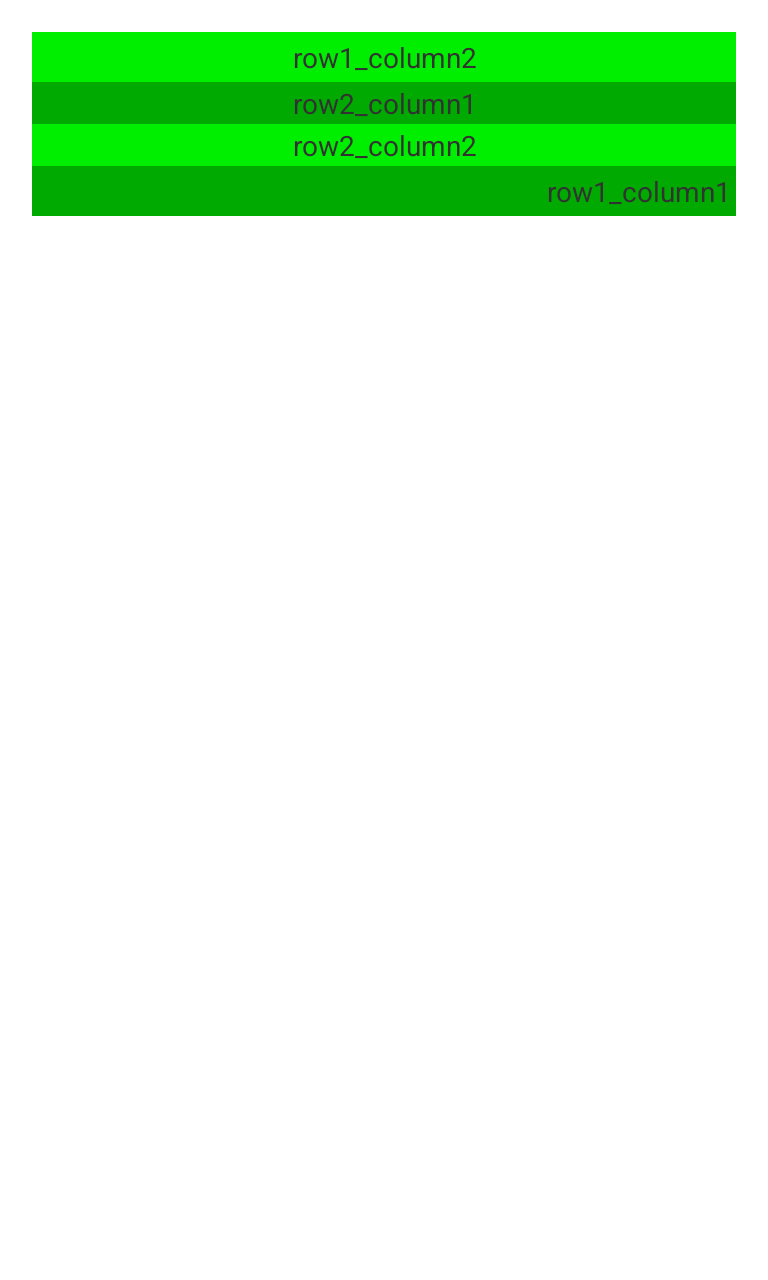
Repository: HouJun11220033/Android
Layout: Layout_02/res/layout/main.xml
An editor plug-in stored every save of this project. The layout is shown before and after the next save, followed by the edit.
It is drawn on a 768 x 1280 px phone screen (xhdpi) without system bars, with theme AppTheme; the app's code is not run.

Above is the layout before, as saved 2016-09-15 13:39:41.

### Layout_02/res/layout/main.xml
<TableLayout xmlns:android="http://schemas.android.com/apk/res/android"
    xmlns:tools="http://schemas.android.com/tools"
    android:layout_width="match_parent"
    android:layout_height="match_parent"
    android:paddingBottom="@dimen/activity_vertical_margin"
    android:paddingLeft="@dimen/activity_horizontal_margin"
    android:paddingRight="@dimen/activity_horizontal_margin"
    android:paddingTop="@dimen/activity_vertical_margin"
    tools:context="com.example.MainActivity" >

    <TableRow android:layout_width="wrap_content" >
    </TableRow>

    <TextView
        android:background="#00ee00"
        android:gravity="center_horizontal"
        android:padding="3dip"
        android:text="@string/row1_column2" />

    <TableRow>
    </TableRow>

    <TextView
        android:background="#00aa00"
        android:gravity="center_horizontal"
        android:padding="1dip"
        android:text="@string/row2_column1" />

    <TextView
        android:background="#00ee00"
        android:gravity="center_horizontal"
        android:padding="1dip"
        android:text="@string/row2_column2" />

    <TextView
        android:background="#00aa00"
        android:gravity="right"
        android:padding="3dip"
        android:text="@string/row1_column1" />

</TableLayout>

### Layout_02/res/values/strings.xml
<?xml version="1.0" encoding="utf-8"?>
<resources>

    <string name="app_name">Layout_02</string>
    <string name="hello_world">Hello world!</string>
    <string name="action_settings">Settings</string>
    <string name="row1_column1">row1_column1</string>
    <string name="row1_column2">row1_column2</string>
    <string name="row2_column1">row2_column1</string>
    <string name="row2_column2">row2_column2</string>

</resources>

Loaded but not shown: Layout_02/res/values/styles.xml (common file); Layout_02/res/values-v11/styles.xml (common file); Layout_02/res/values-v14/styles.xml (common file); Layout_02/res/values/dimens.xml (common file); Layout_02/res/values-w820dp/dimens.xml (common file)

After the next save:
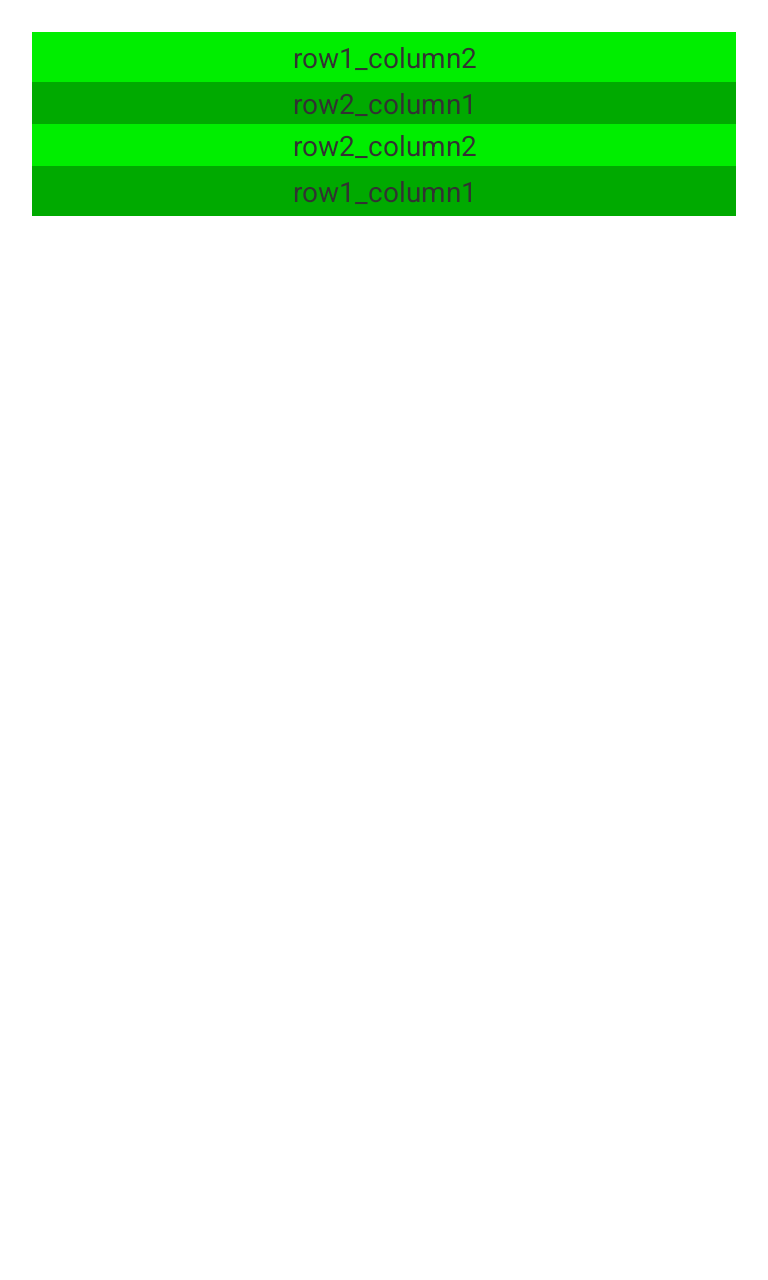
Saved 7 s later.
--- a/Layout_02/res/layout/main.xml
+++ b/Layout_02/res/layout/main.xml
@@ -34,7 +34,7 @@
 
     <TextView
         android:background="#00aa00"
-        android:gravity="right"
+        android:gravity="center"
         android:padding="3dip"
         android:text="@string/row1_column1" />
 
